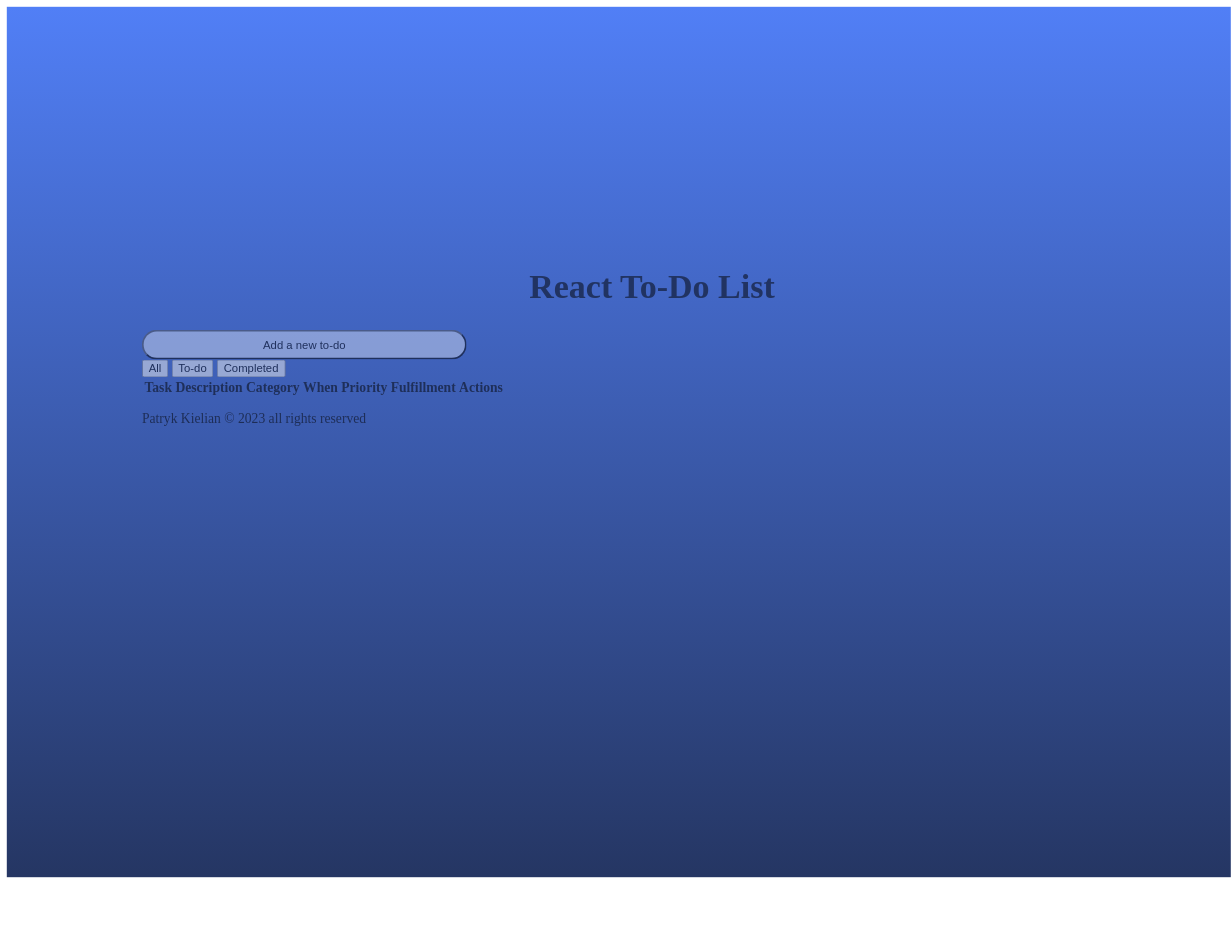
Repository: mirajane2/maquette-todo
Page: index.html
The author's editor kept a copy of each file at every save. The page is drawn from the files as they stood at one save, then again after the next save.
The browser window is 1280 px wide. The page is 1448 px wide, so the pictures cover 1448 px, including what lies to the right of the window. The pictures show the whole page, at 85% of full size.

Above is the page before, as saved 2024-11-13 09:50:15.

### index.html
<!DOCTYPE html>
<html lang="fr">
<head>
    <meta charset="UTF-8">
    <meta name="viewport" content="width=device-width, initial-scale=1.0">
    <link rel="stylesheet" href="index.css">
    <title>Maquette Figma</title>
</head>
<body>
    <div class="container">
        <div class="content">
            <h1 class="titre">React To-Do List</h1>
            <div>
                <button class="taches"> Add a new to-do</button>
                <div class="choix_selection">
                    <button class="show">All</button>
                    <button class="options">To-do</button>
                    <button class="options">Completed</button>
                </div>
            </div>

            <div class="table">
                <table>
                    <thead>
                        <tr>
                            <th>Task</th>
                            <th>Description</th>
                            <th>Category</th>
                            <th>When</th>
                            <th>Priority</th>
                            <th>Fulfillment</th>
                            <th>Actions</th>
                        </tr>
                    </thead>
                    <tbody class="valeur">
                        <script src="script.js"></script>
                    </tbody>
                </table>
            </div>

            <footer>
                <p>Patryk Kielian © 2023 all rights reserved</p>
            </footer>
        </div>
    </div>
</body>
</html>

### index.css
.container {
    background: linear-gradient(180deg, #517FF6, #253663);
    width : 1440px;
    height: 1024px;
}

.content {
    position: absolute;
    left: 117px;
    top: 137px;
    border-radius: 30px;
    opacity: 0.5;
    width: 1200px;
    height: 770px;
    background-color: var(--white50);
    margin: 100px auto;
    padding: 50px;
    display: block;
    unicode-bidi: isolate;
}

.titre {
    color: #000000;
    font-weight: bold;
    font-size: 40px;
    text-align: center;
    font-family: Jost;
    opacity: 1;
    position: relative;
}

.taches {
    background-color: #FFFB;
    border-radius: 20px;
    width: 382px;
    height: 35px;
}

Loaded but not shown: script.js (no stored copy; drawn as an empty file)

After the next save:
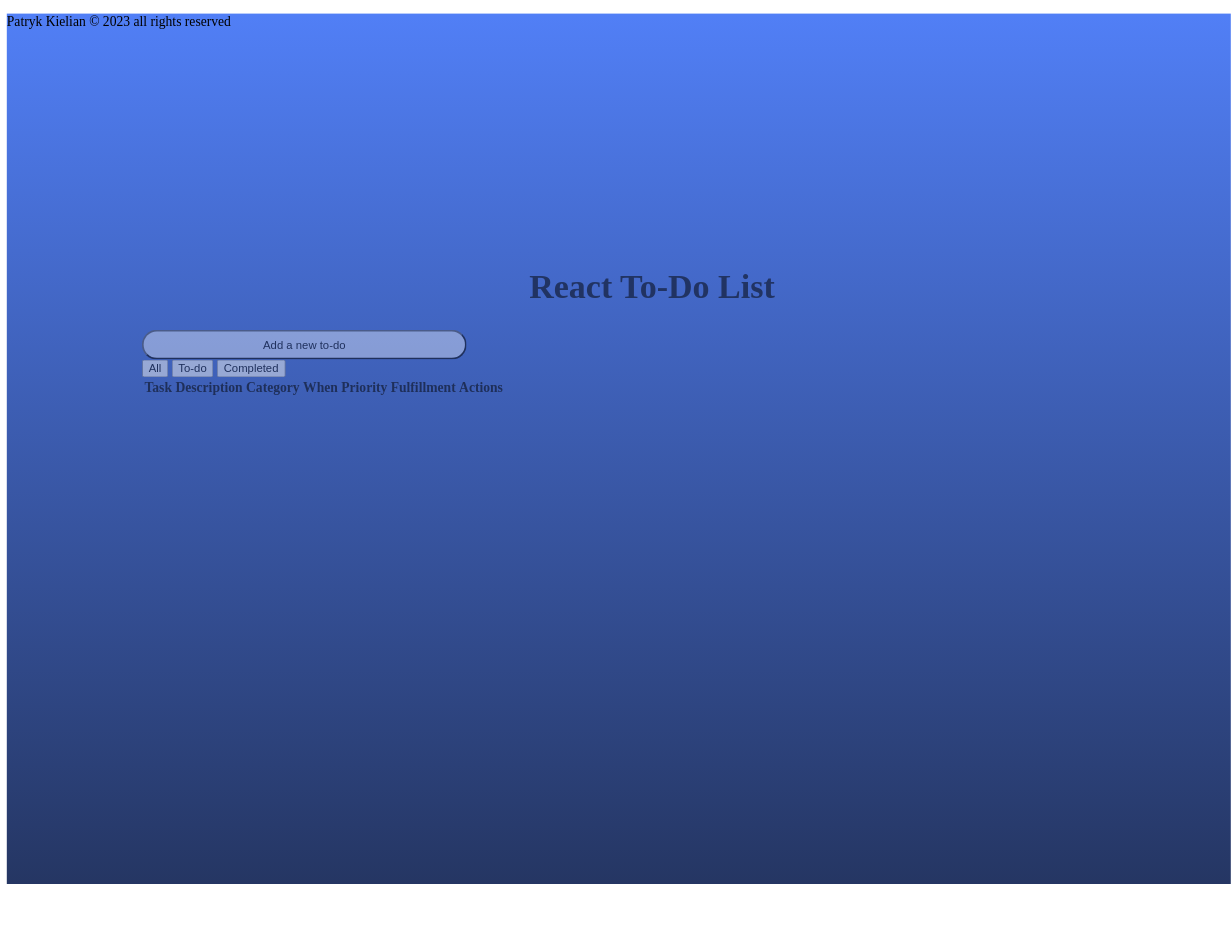
Saved 33 min 14 s later.
--- a/index.html
+++ b/index.html
@@ -10,7 +10,7 @@
     <div class="container">
         <div class="content">
             <h1 class="titre">React To-Do List</h1>
-            <div>
+            <div class="control">
                 <button class="taches"> Add a new to-do</button>
                 <div class="choix_selection">
                     <button class="show">All</button>
@@ -37,11 +37,10 @@
                     </tbody>
                 </table>
             </div>
-
+        </div>
             <footer>
                 <p>Patryk Kielian © 2023 all rights reserved</p>
             </footer>
-        </div>
     </div>
 </body>
 </html>
